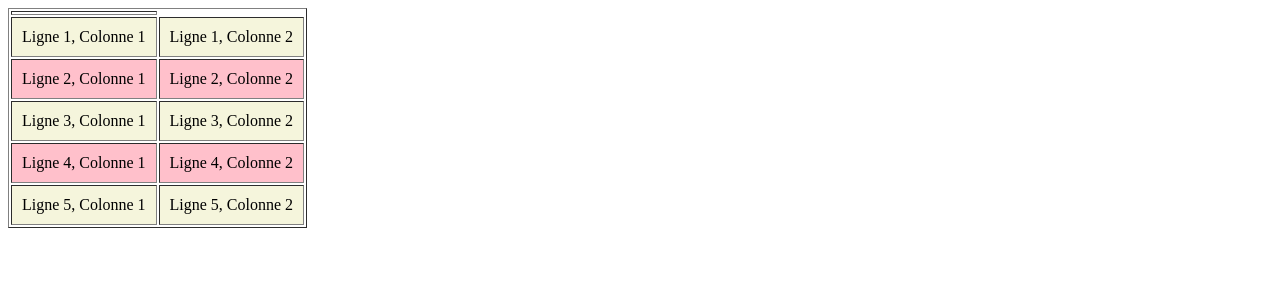
Repository: Chaimaa482/web-tp4
Page: ex1.html
An editor plug-in stored every save of this project. The page is shown before and after a run of saves, followed by the edit.
The browser window is 1280 px wide. The pictures show the whole page.

Above is the page before, as saved 2023-10-22 15:47:56.

### ex1.html
<!DOCTYPE html>
<html>
<head>
</head>
<body>
    <table id="myTable" border="1">
        <tr>
            <td
        </tr>
        <tr>
            <td>Ligne 1, Colonne 1</td>
            <td>Ligne 1, Colonne 2</td>
        </tr>
        <tr>
            <td>Ligne 2, Colonne 1</td>
            <td>Ligne 2, Colonne 2</td>
        </tr>
        <tr>
            <td>Ligne 3, Colonne 1</td>
            <td>Ligne 3, Colonne 2</td>
        </tr>
        <tr>
            <td>Ligne 4, Colonne 1</td>
            <td>Ligne 4, Colonne 2</td>
        </tr>
        <tr>
            <td>Ligne 5, Colonne 1</td>
            <td>Ligne 5, Colonne 2</td>
        </tr>
    </table>

    <script>
        var table = document.getElementById("myTable");
        var cells = table.getElementsByTagName("td");

        // Donner une couleur de fond rose aux lignes paires et beige aux lignes impaires
        var rows = table.querySelectorAll("tr");
        for (var i = 1; i < rows.length; i++) {
            if (i % 2 === 0) {
                rows[i].style.backgroundColor = "pink";
            } else {
                rows[i].style.backgroundColor = "beige";
            }
        }

        // Donner une classe col1 aux colonnes paires et col2 aux colonnes impaires
        var cellsCol1 = table.getElementsByClassName("col1");
        var cellsCol2 = table.getElementsByClassName("col2");
        for (var i = 0; i < cells.length; i++) {
            if (i % 2 === 0) {
                cells[i].className = "col1";
            } else {
                cells[i].className = "col2";
            }
        }

        // Augmenter le padding de toutes les cellules sauf celles de la première ligne
        for (var i = 1; i < cells.length; i++) {
            cells[i].style.padding = "10px";
        }
    </script>
</body>
</html>

After the next 3 saves:
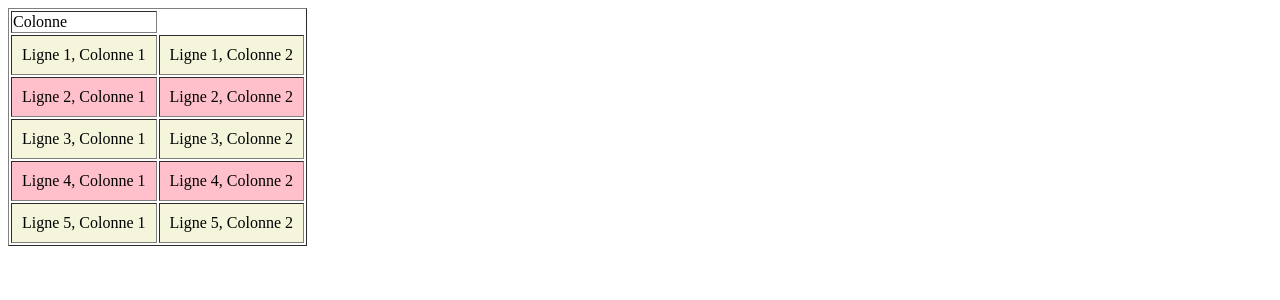
The 3 saves are shown as one change because they came seconds apart.
The last was saved 9 s later.
--- a/ex1.html
+++ b/ex1.html
@@ -5,7 +5,7 @@
 <body>
     <table id="myTable" border="1">
         <tr>
-            <td
+            <td>Colonne</td>
         </tr>
         <tr>
             <td>Ligne 1, Colonne 1</td>
